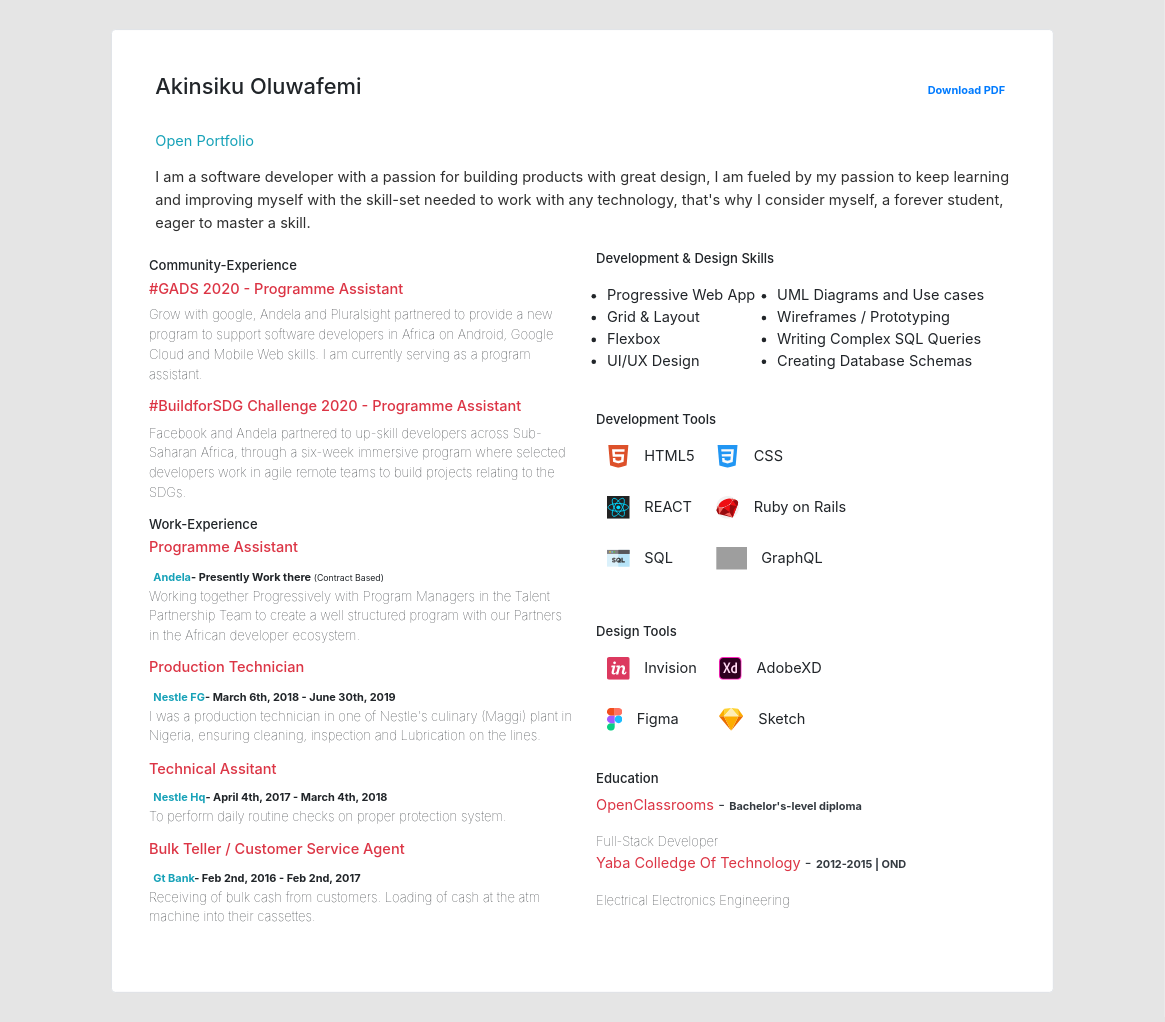
Repository: akinsikuoluwafemi/resume
Page: index.html
These files come from the project's save history. The page is drawn as it stood at one moment and after the next save; the edit follows.
The browser window is 1280 px wide. The pictures show the whole page, at 91% of full size.
Pictures or frames that could not be fetched are drawn as grey boxes. The style sheet was rebuilt from its Sass, Less or Tailwind sources for each picture, by a compiler version that may differ from the author's.

Above is the page before, as saved 2020-08-26 19:33:25.

After the next save:
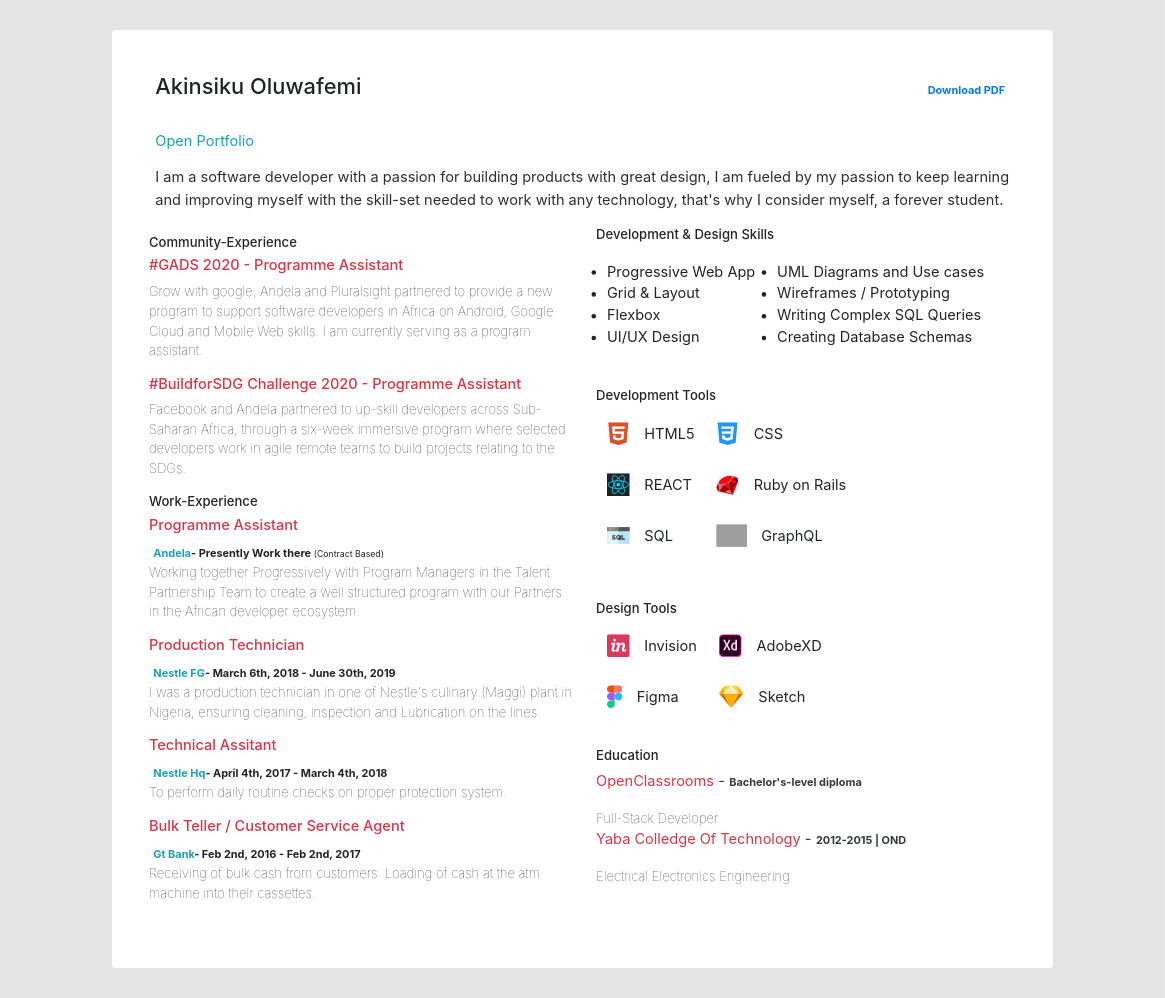
Saved 30 s later.
--- a/index.html
+++ b/index.html
@@ -35,7 +35,7 @@
                         fueled by my passion to keep learning and improving myself with the skill-set needed to work with
                         any
                         technology,
-                        that's why I consider myself, a forever student, eager to master a skill.</p>
+                        that's why I consider myself, a forever student.</p>
                 </div>
             </div>
 
